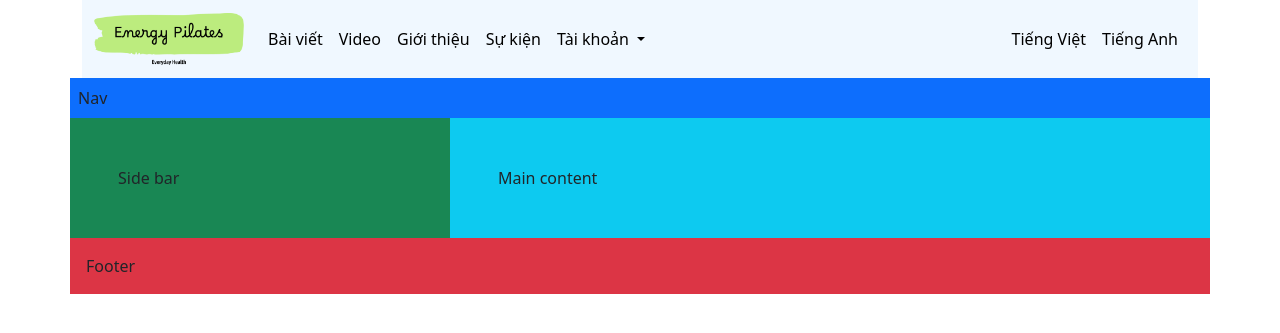
Repository: KizukoHeiwa/SOF308
Page: Lab1/index.html
An editor plug-in stored every save of this project. The page is shown before and after a run of saves, followed by the edit.
The browser window is 1280 px wide. The pictures show the whole page.

Above is the page before, as saved 2024-10-31 09:57:35.

After the next 2 saves:
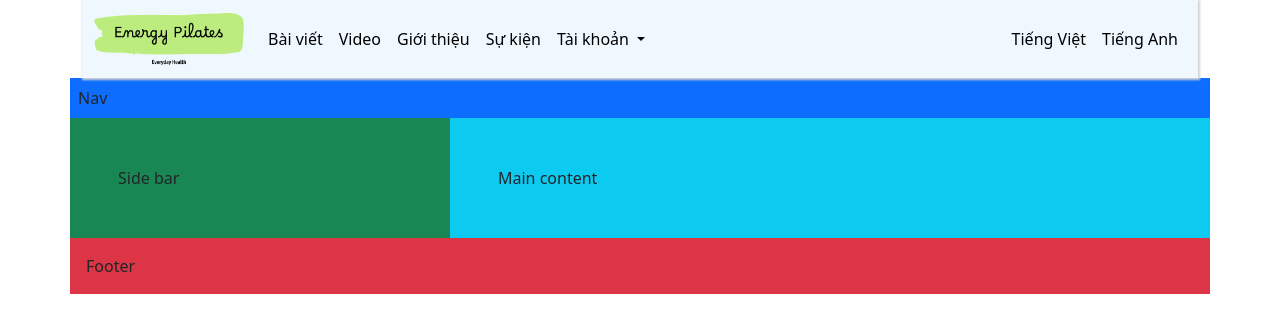
The 2 saves are shown as one change because they came seconds apart.
The last was saved 61 s later.
--- a/Lab1/index.html
+++ b/Lab1/index.html
@@ -10,9 +10,18 @@
         .header{
             background-color: #F0F8FF;
         }
-        .header a{
+        .navbar-dark{
+            background-color: aliceblue;
+            box-shadow: 1px 1px 2px 1px lightgray;
+        }
+        .nav-link{
             color: black;
-
+        }
+        .nav-link:hover{
+            color: green;
+        }
+        .navbar-nav .nav-link.active, .navbar-nav .nav-link.show {
+            color: green;
         }
     </style>
 </head>

After the 2 saves that followed:
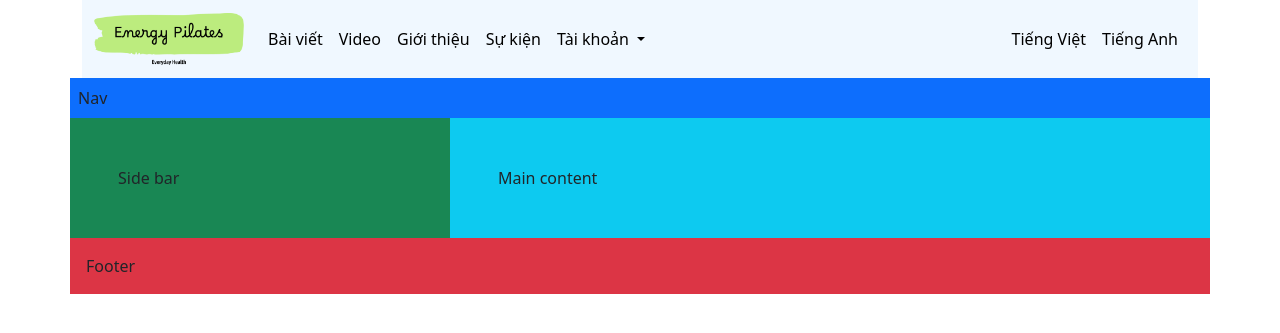
The 2 saves are shown as one change because 1 left the picture as it was.
The last was saved 12 s later.
--- a/Lab1/index.html
+++ b/Lab1/index.html
@@ -7,12 +7,9 @@
     <link href="https://cdn.jsdelivr.net/npm/bootstrap@5.3.3/dist/css/bootstrap.min.css" rel="stylesheet" integrity="sha384-QWTKZyjpPEjISv5WaRU9OFeRpok6YctnYmDr5pNlyT2bRjXh0JMhjY6hW+ALEwIH" crossorigin="anonymous">
     <script src="https://cdn.jsdelivr.net/npm/bootstrap@5.3.3/dist/js/bootstrap.bundle.min.js" integrity="sha384-YvpcrYf0tY3lHB60NNkmXc5s9fDVZLESaAA55NDzOxhy9GkcIdslK1eN7N6jIeHz" crossorigin="anonymous"></script>
     <style>
-        .header{
-            background-color: #F0F8FF;
-        }
         .navbar-dark{
             background-color: aliceblue;
-            box-shadow: 1px 1px 2px 1px lightgray;
+            /* box-shadow: 1px 1px 2px 1px lightgray; */
         }
         .nav-link{
             color: black;
